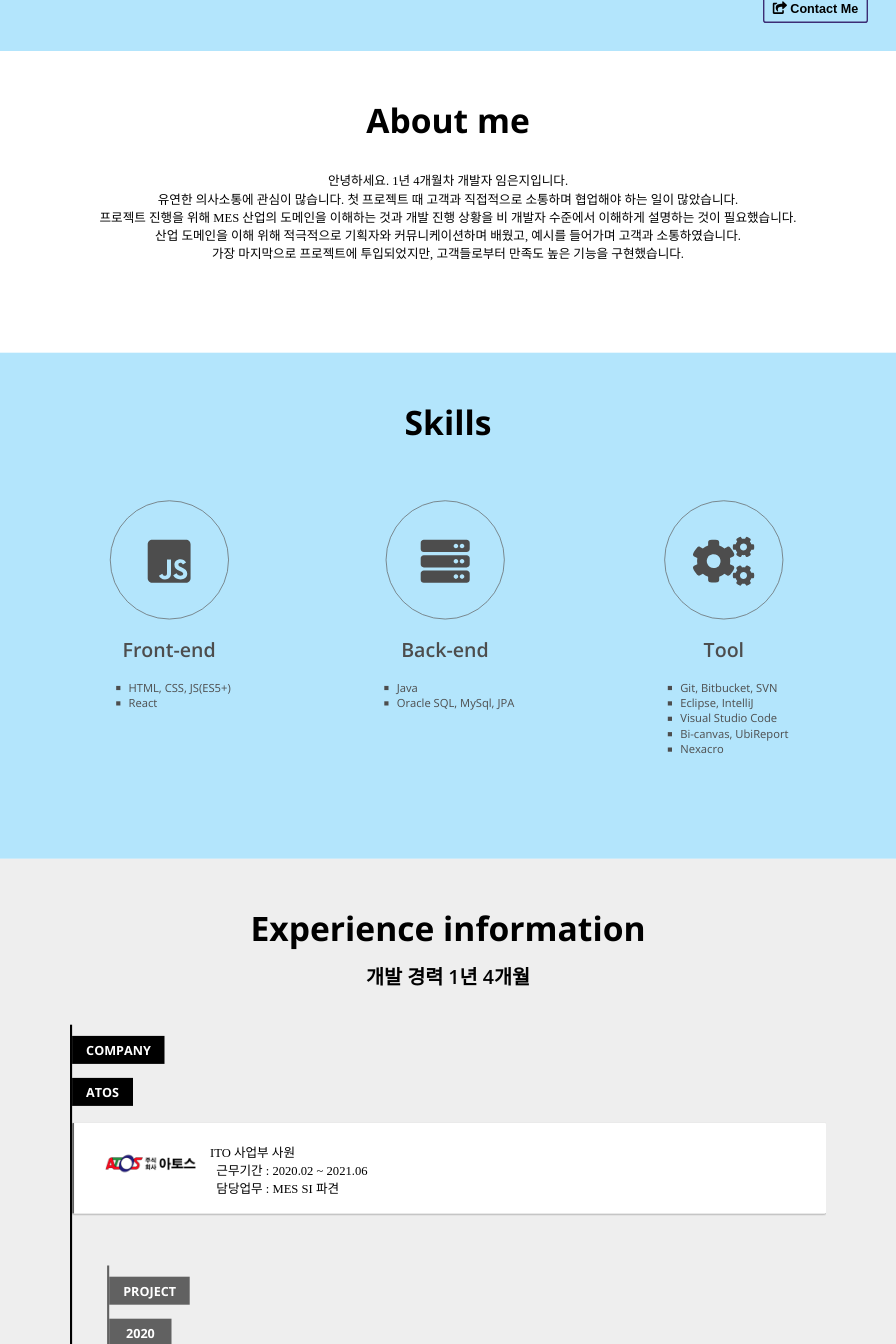
Repository: salangdung-i/portfolio
Page: index.html
These files come from the project's save history. The page is drawn as it stood at one moment and after the next save; the edit follows.
The browser window is 1280 px wide. The pictures show the part of the page from y = 727 to 2647 px (the page is 5454 px tall before and 5459 px after), at 70% of full size.
Some web fonts or font styles are not loaded; a fallback is used. Some web libraries are served in a nearby version.

Above is the page before, as saved 2021-12-27 09:08:32.

After the next save:
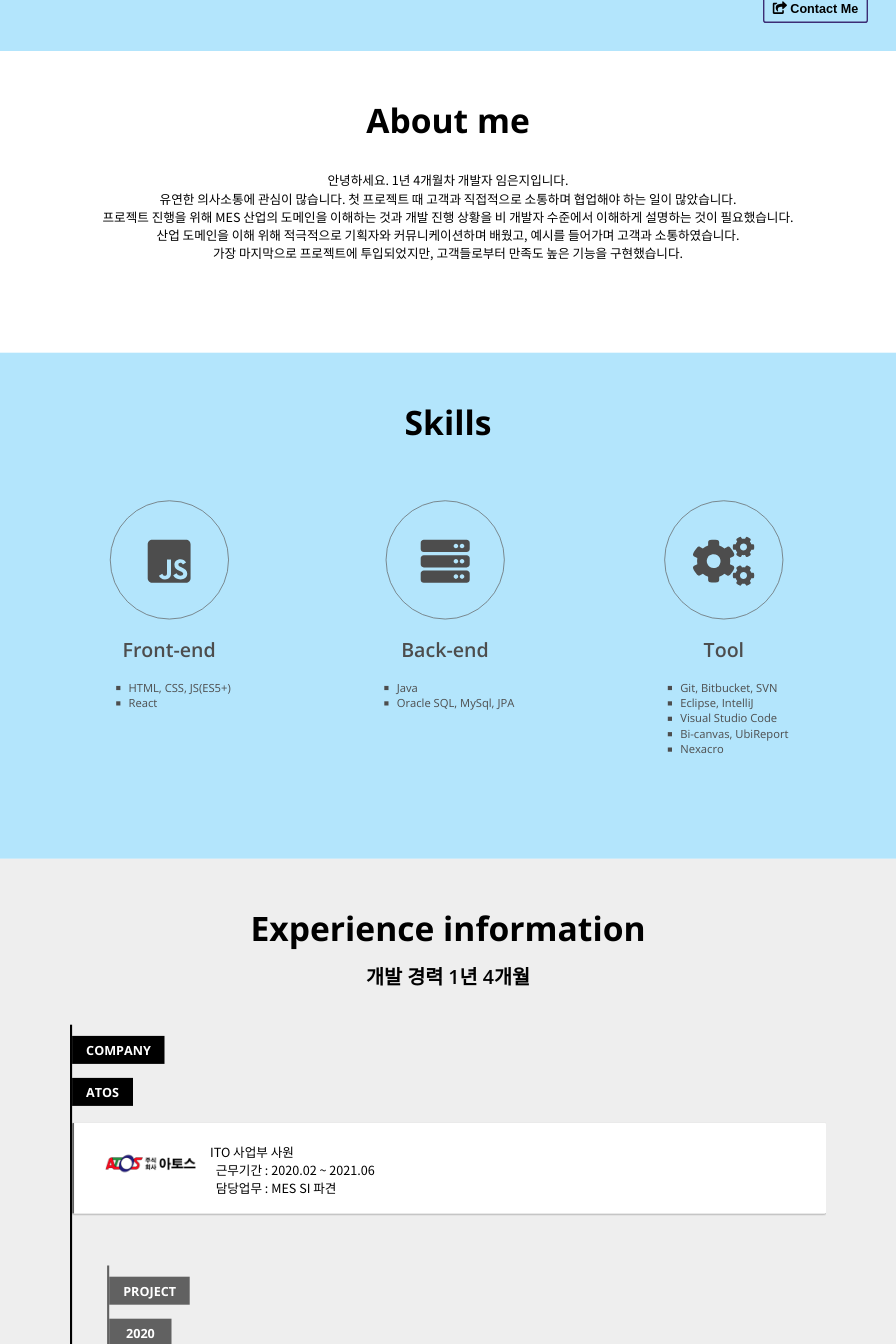
Saved 12 s later.
--- a/style.css
+++ b/style.css
@@ -105,16 +105,16 @@
 }
 
 p {
-  display: left;
   font-size: var(--font-regular);
   font-weight: var(--weight-regular);
   color: var(--color-black);
   margin: 4px 0;
   /* font-family: 'Yeon Sung', cursive; */
-  font-family: 'Bakbak One', cursive;
-
+  /* font-family: 'Bakbak One', cursive; */
+  font-family: 'Noto Sans KR', sans-serif;
   /* font-family: 'Noto Serif KR', serif;  */
 }
+
 
 /* Navbar */
 #navbar {
@@ -128,7 +128,6 @@
   background-color: var(--color-user-pink);
   transition: all var(--animation-duration) ease-in-out;
   z-index: 1;
-
 }
 
 #navbar.navbar--dark {
